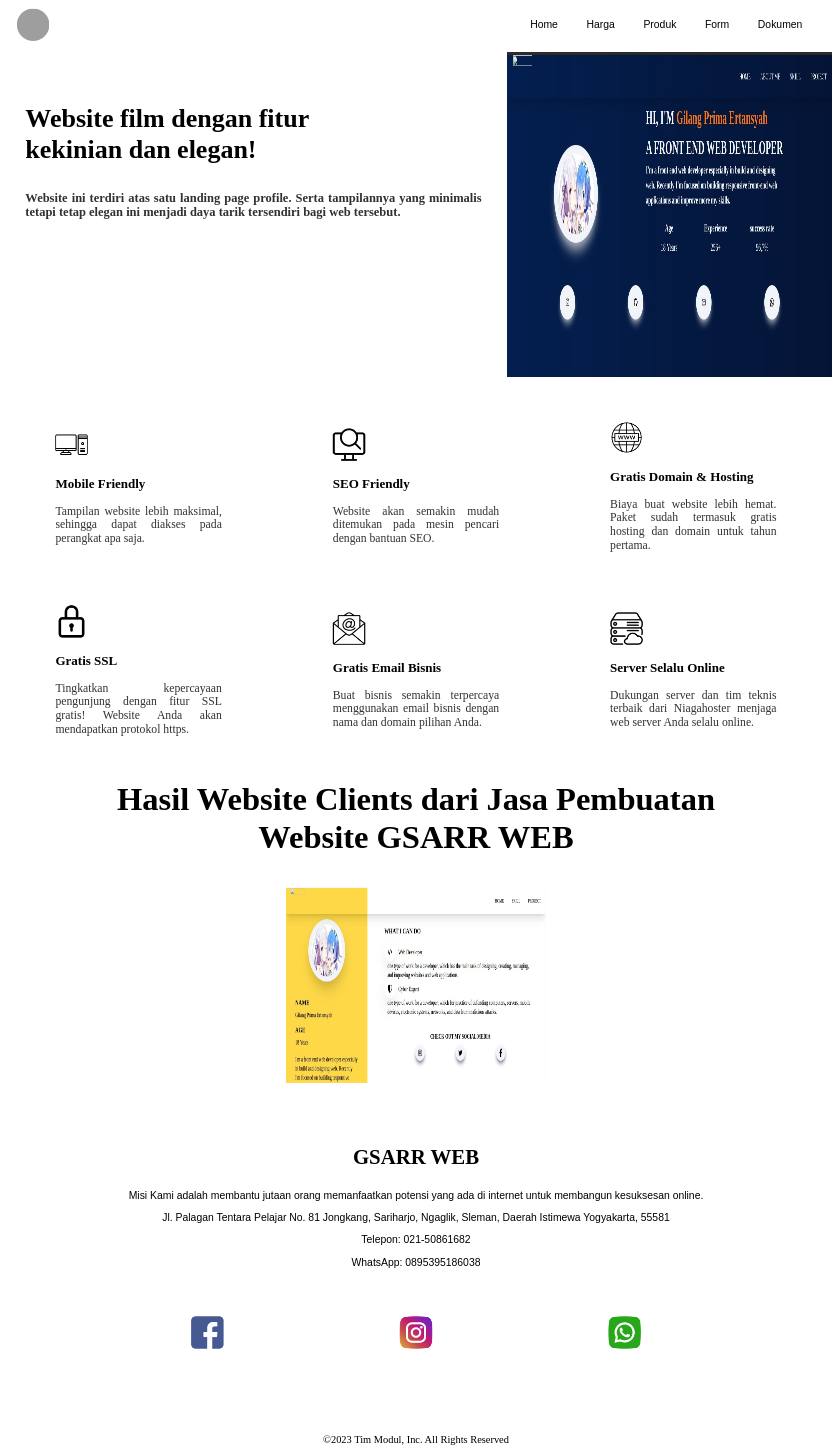
Repository: zecht12/TimModul
Page: JenisWeb/Web5.html
The author's editor kept a copy of each file at every save. The page is drawn from the files as they stood at one save, then again after the next save.
The browser window is 1280 px wide. The pictures show the whole page, at 65% of full size.
Pictures or frames that could not be fetched are drawn as grey boxes.

Above is the page before, as saved 2023-04-26 15:18:55.

### JenisWeb/Web5.html
<!DOCTYPE html>
<html lang="en">
<head>
    <meta charset="UTF-8">
    <meta http-equiv="X-UA-Compatible" content="IE=edge">
    <meta name="viewport" content="width=device-width, initial-scale=1.0">
    <link rel="stylesheet" href="../style.css">
    <script src="script.js"></script>
    <title>Document</title>
</head>
<body style="margin: auto;">
    <div>
        <div style="height: 80px; width: 100%; background-color: white;">
            <header>
                <img src="../assets/wallpaper.jpg" alt="Image" style="height: 50px; width: 50px; border-radius: 100%;" >
                <ul class="nav_links">
                    <li><a href="../TimModul.html">Home</a></li>
                    <li><a href="../TimModul.html">Harga</a></li>
                    <li><a href="../TimModul.html">Produk</a></li>
                    <li><a href="../TimModul.html">Form</a></li>
                    <li><a href="../TimModul.html">Dokumen</a></li>
                </ul>
            </headers>
        </div>
        <div style="display: flex; justify-content: space-between; align-items: start;">
            <div>
                <div style=" display: flex; justify-content: center; align-items: start;">
                    <div style="padding: 5%;">
                        <p style=" color: black; font-size: 40px; font-weight: bold; width: 80%;">Website film dengan fitur kekinian dan elegan!</p>
                        <p style="color: rgb(49, 49, 49); text-align: justify; font-weight: bold; font-size: larger;">Website ini terdiri atas satu landing page profile. Serta tampilannya yang minimalis tetapi tetap elegan ini menjadi daya tarik tersendiri bagi web tersebut.</p>
                    </div>
                </div>
            </div>
            <div>
                <img src="../assets/web3.jpg" alt="logo" width="500px" height="500px">
            </div>
        </div>
        <div style="display: flex; justify-content: space-around; align-items: center; padding-top: 5%;">
            <div style="display: flex; justify-content: center; align-items: center; width: 20%;">
                <div>
                    <img src="../assets/computer.png" alt="comp" width="50px" height="50px">
                    <p style="font-weight: bold; font-size: 20px;">Mobile Friendly</p>
                    <p style="color: rgb(49, 49, 49); text-align: justify; font-size: large;">Tampilan website lebih maksimal, sehingga dapat diakses pada perangkat apa saja.</p>
                </div>
            </div>
            <div style="display: flex; justify-content: center; align-items: center; width: 20%;">
                <div>
                    <img src="../assets/computer1.png" alt="comp" width="50px" height="50px">
                    <p style="font-weight: bold; font-size: 20px;">SEO Friendly</p>
                    <p style="color: rgb(49, 49, 49); text-align: justify; font-size: large;">Website akan semakin mudah ditemukan pada mesin pencari dengan bantuan SEO.</p>
                </div>
            </div>
            <div style="display: flex; justify-content: center; align-items: center; width: 20%;">
                <div>
                    <img src="../assets/domain.png" alt="comp" width="50px" height="50px">
                    <p style="font-weight: bold; font-size: 20px;">Gratis Domain & Hosting</p>
                    <p style="color: rgb(49, 49, 49); text-align: justify; font-size: large;">Biaya buat website lebih hemat. Paket sudah termasuk gratis hosting dan domain untuk tahun pertama.</p>
                </div>
            </div>
        </div>
        <div style="display: flex; justify-content: space-around; align-items: center; padding-top: 5%;">
            <div style="display: flex; justify-content: center; align-items: center; width: 20%;">
                <div>
                    <img src="../assets/padlock.png" alt="comp" width="50px" height="50px">
                    <p style="font-weight: bold; font-size: 20px;">Gratis SSL</p>
                    <p style="color: rgb(49, 49, 49); text-align: justify; font-size: large;">Tingkatkan kepercayaan pengunjung dengan fitur SSL gratis! Website Anda akan mendapatkan protokol https.</p>
                </div>
            </div>
            <div style="display: flex; justify-content: center; align-items: center; width: 20%;">
                <div>
                    <img src="../assets/email.png" alt="comp" width="50px" height="50px">
                    <p style="font-weight: bold; font-size: 20px;">Gratis Email Bisnis</p>
                    <p style="color: rgb(49, 49, 49); text-align: justify; font-size: large;">Buat bisnis semakin terpercaya menggunakan email bisnis dengan nama dan domain pilihan Anda.</p>
                </div>
            </div>
            <div style="display: flex; justify-content: center; align-items: center; width: 20%;">
                <div>
                    <img src="../assets/servers.png" alt="comp" width="50px" height="50px">
                    <p style="font-weight: bold; font-size: 20px;">Server Selalu Online</p>
                    <p style="color: rgb(49, 49, 49); text-align: justify; font-size: large;">Dukungan server dan tim teknis terbaik dari Niagahoster menjaga web server Anda selalu online.</p>
                </div>
            </div>
        </div>
        <div>
            <div style=" display: flex; justify-content: center; align-items: center;">
                <p style="text-align: center; color: black; font-size: 50px; font-weight: bold; width: 80%;">Hasil Website Clients dari Jasa Pembuatan Website GSARR WEB</p>
            </div>
            <div style="display: flex; justify-content: space-around; align-items: center;">
                <div style="display: flex; justify-content: center; align-items: center;">
                    <img src="../assets/web5.jpg" alt="logo" width="400px" height="300px">
                </div>
            </div>
        </div>
        <div style="height: 70vh; width: 100%; background-color: white; margin: auto; justify-content: center; align-items: center;">
            <div style="padding: 5%;">
                <p style="text-align: center; color: black; font-size: xx-large; font-weight: bold;">GSARR WEB</p>
                <p style="text-align: center; font: caption;">Misi Kami adalah membantu jutaan orang memanfaatkan potensi yang ada di internet untuk membangun kesuksesan online.</p>
                <p style="text-align: center; font: caption;">Jl. Palagan Tentara Pelajar No. 81 Jongkang, Sariharjo, Ngaglik, Sleman, Daerah Istimewa Yogyakarta, 55581</p>
                <div>
                    <p style="text-align: center; font: caption;">Telepon: 021-50861682</p>
                    <p style="text-align: center; font: caption;">WhatsApp: 0895395186038</p>
                </div>
                <div class="Social" style="display: flex; align-items: center; justify-content: space-between; background-color: transparent; gap: 20px; padding-left: 20%; padding-right: 20%; padding-top: 5%; ">
                    <a href="" style="background-color: #fff;">
                        <img src="/assets/facebook.png" alt="FB" width="50px" height="50px">
                    </a>
                    <a href="">
                        <img src="/assets/instagram.png" alt="FB" width="50px" height="50px">
                    </a>
                    <a href="">
                        <img src="/assets/whatsapp.png" alt="FB" width="50px" height="50px">
                    </a>
                </div>
            </div>
        </div>
        <div style="height: 50px; width: 100%; background-color: white; margin: auto; justify-content: center; align-items: center;">
            <p style="color: black; text-align: center; padding-top: 20px;">&copy;2023 Tim Modul, Inc. All Rights Reserved</p>
        </div>
    </div>
</body>
</html>

### style.css
body{
    height: auto;
    width: 100%;
    margin: auto;
    padding: auto;
}
header{
    display: flex;
    align-items: center;
    justify-content: space-between;
    padding-left: 2%;
    padding-right: 2%;
    padding-top: 1%;
}
li,a, button{
    font-family: "Montserrat", sans-serif;
    font-size: 16px;
    color: black;
    text-decoration: none;
}
.produk{
    padding-left: 5%;
    padding-right: 5%;
    padding-top: 3%;
    display: flex;
    justify-content: space-around;
    align-items: center;
}
.produk1{
    padding-left: 5%;
    padding-right: 5%;
    padding-top: 3%;
    display: flex;
    justify-content: space-around;
    align-items: center;
}
.produk2{
    padding-left: 5%;
    padding-right: 5%;
    padding-top: 3%;
    display: flex;
    justify-content: space-evenly;
    align-items: center;
}
.produk a:hover{
    transform: scale(110%);
}
.produk1 a:hover{
    transform: scale(110%);
}
.produk2 a:hover{
    transform: scale(110%);
}
.nav_links{
    list-style: none;
}
.nav_links li{
    display: inline-block;
    padding: 0px 20px;
}
.nav_links li a:hover{
    color: #0088a9;
}
.forms{
    height: auto;
    width: 100%;
    display: flex;
    justify-content: center;
    align-items: center;
    padding-top: 1%;
    padding-bottom: 5%;

}
label {
    color: black;
    font-weight: bold;
    width: 130px;
}
.Button {
    padding: 10px;
    border: 1px solid black;
    background-color:aliceblue;
    border-radius: 5px;
    font: inherit;
    cursor: pointer;
}
.Button:hover{
    border: 1px solid #0088a9;
    color: #0088a9;
    cursor: pointer;
}
.button1:hover{
    transform: scale(110%);
}
.Pilihan{
    margin: auto;
    padding-top: 3%;
    padding-bottom: 20px;
    font-weight: bold;
    color: black;
}
.Nama{
    width: 100%;
    height: 20px;
    margin-top: 2%;
}
.Email{
    width: 100%;
    height: 20px;
    margin-top: 2%;
}
.Formemail{
    padding-top: 5%;
}
textarea{
    width: 100%;
    height: 100px;
    margin-bottom: 5%;
}
#customers {
    font-family: Arial, Helvetica, sans-serif;
    border-collapse: collapse;
    width: 80%;
}
#customers td, #customers th {
    border: 1px solid #ddd;
    padding: 8px;
}
#customers tr:nth-child(even){background-color: #f2f2f2;}
#customers tr:hover {background-color: #ddd;}
#customers th {
    padding-top: 12px;
    padding-bottom: 12px;
    text-align: left;
    background-color: #2089dc;
    color: white;
}
.Social a:hover{
    transform: scale(110%);
}

Loaded but not shown: script.js (no copy from this time; the picture is the same without it)

After the next save:
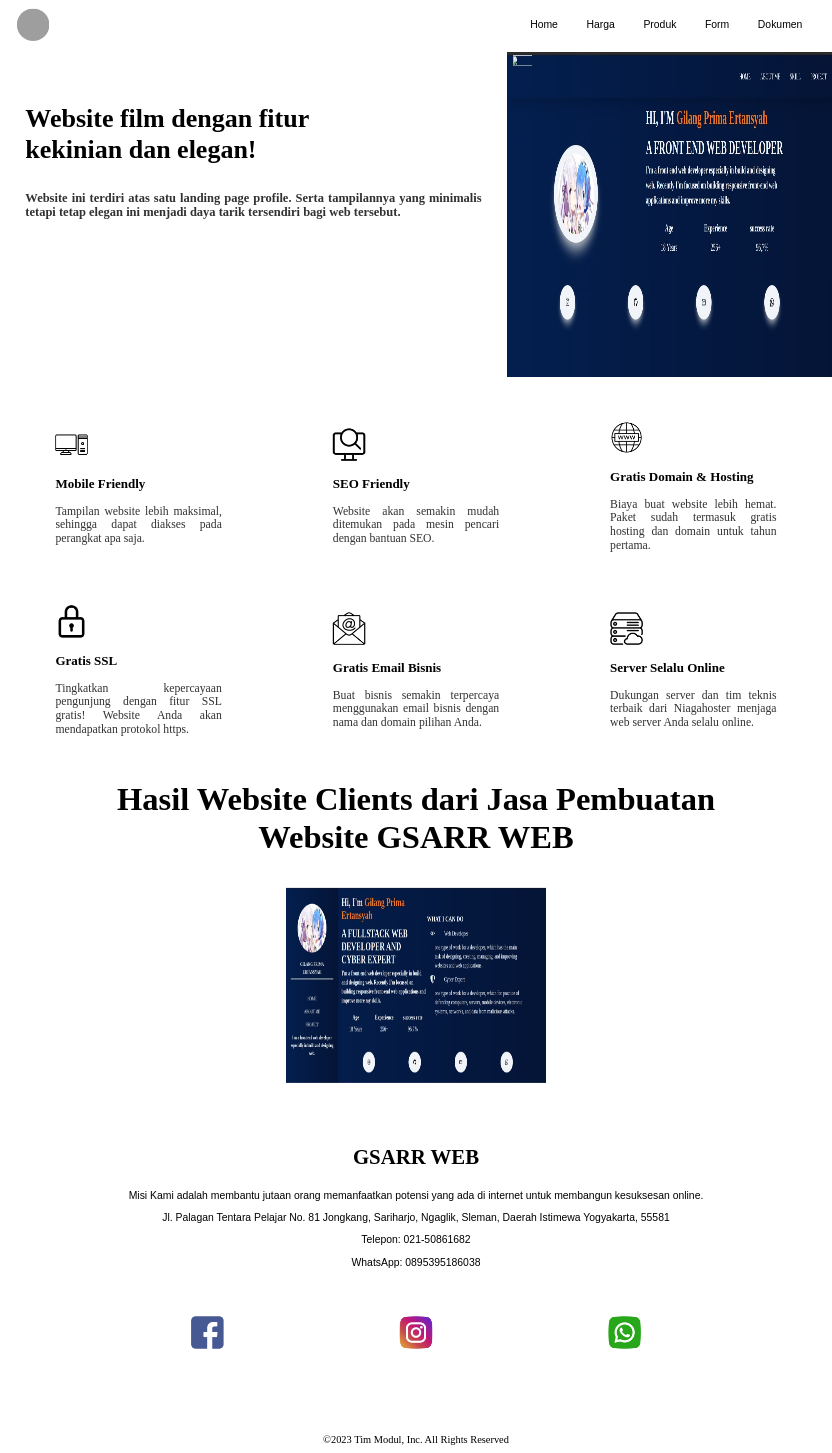
Saved 10 s later.
--- a/JenisWeb/Web5.html
+++ b/JenisWeb/Web5.html
@@ -87,7 +87,7 @@
             </div>
             <div style="display: flex; justify-content: space-around; align-items: center;">
                 <div style="display: flex; justify-content: center; align-items: center;">
-                    <img src="../assets/web5.jpg" alt="logo" width="400px" height="300px">
+                    <img src="../assets/web4.jpg" alt="logo" width="400px" height="300px">
                 </div>
             </div>
         </div>
